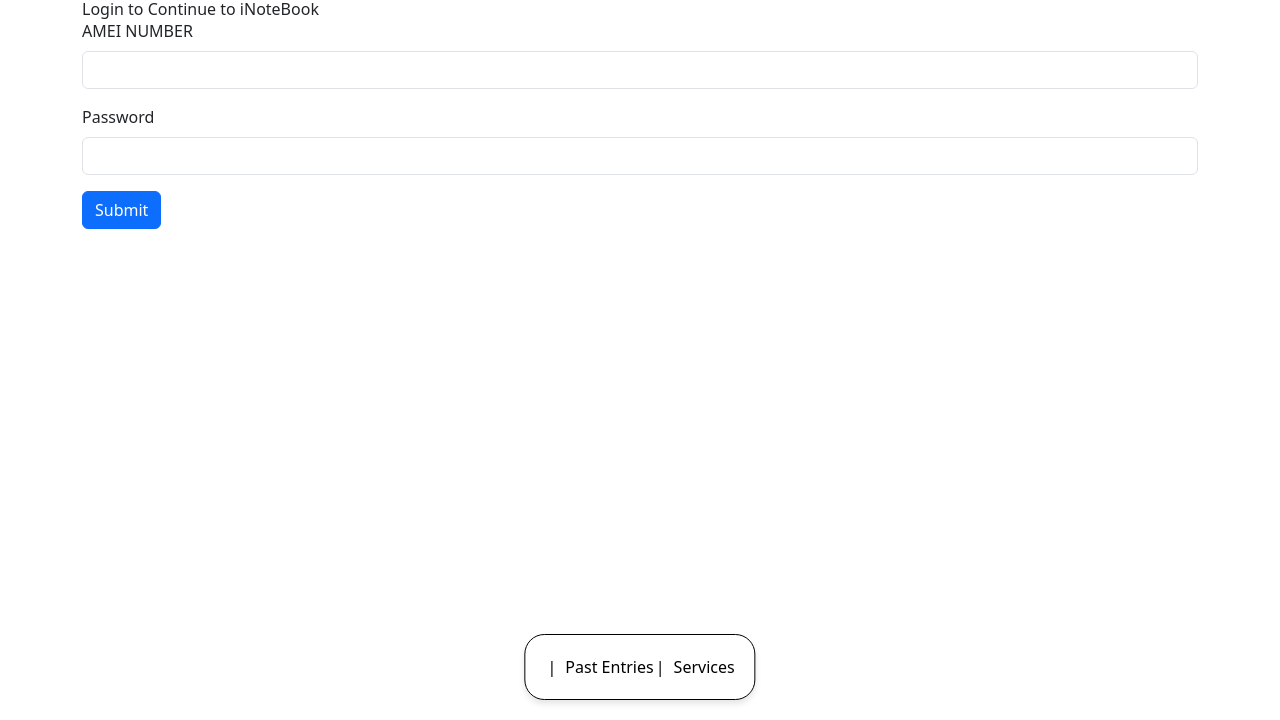
Repository: shash0708/GMR-Lines
Page: /login (app in frontend/)
An editor plug-in stored every save of this project. The page is shown before and after a run of saves, followed by the edit.
The browser window is 1280 px wide. The pictures show the whole page.
The page's requests for data from a server got no answer. The project was rebuilt for these pictures with package versions that can differ from the ones it lists, and the page was loaded fresh each time. No one was signed in, and anything a server would have sent is missing. Also part of the build but not shown: frontend/src/components/Buttons/Buttons.component.jsx, frontend/src/components/Home/Home.component.jsx, frontend/src/components/Form/Form.css, frontend/src/components/speedDail/SpeedDail.component.jsx, frontend/src/components/Form/Form.component.jsx, frontend/src/components/Card/Card.jsx, frontend/src/components/Card/Card.css, frontend/src/components/Card/Card.component.jsx and 4 more.

Above is the page before, as saved 2024-09-08 23:28:50.

### frontend/public/index.html
<!DOCTYPE html>
<html lang="en">
  <head>
    <meta charset="utf-8" />
    <link rel="icon" href="%PUBLIC_URL%/favicon.ico" />
    <meta name="viewport" content="width=device-width, initial-scale=1" />
    <meta name="theme-color" content="#000000" />
    <meta name="description" content="Web site created using create-react-app" />
    <link rel="apple-touch-icon" href="%PUBLIC_URL%/logo192.png" />
    <!--
      manifest.json provides metadata used when your web app is installed on a
      user's mobile device or desktop. See https://developers.google.com/web/fundamentals/web-app-manifest/
    -->
    <link rel="manifest" href="%PUBLIC_URL%/manifest.json" />
    <!--
      Notice the use of %PUBLIC_URL% in the tags above.
      It will be replaced with the URL of the `public` folder during the build.
      Only files inside the `public` folder can be referenced from the HTML.

      Unlike "/favicon.ico" or "favicon.ico", "%PUBLIC_URL%/favicon.ico" will
      work correctly both with client-side routing and a non-root public URL.
      Learn how to configure a non-root public URL by running `npm run build`.
    -->
    <link href="https://cdn.jsdelivr.net/npm/bootstrap@5.3.3/dist/css/bootstrap.min.css" rel="stylesheet" integrity="sha384-QWTKZyjpPEjISv5WaRU9OFeRpok6YctnYmDr5pNlyT2bRjXh0JMhjY6hW+ALEwIH" crossorigin="anonymous">

    <title>Log Book</title>
  </head>
  <script src="https://cdn.jsdelivr.net/npm/bootstrap@5.3.3/dist/js/bootstrap.bundle.min.js" integrity="sha384-YvpcrYf0tY3lHB60NNkmXc5s9fDVZLESaAA55NDzOxhy9GkcIdslK1eN7N6jIeHz" crossorigin="anonymous"></script>
  <script src="https://cdn.jsdelivr.net/npm/@popperjs/core@2.11.8/dist/umd/popper.min.js" integrity="sha384-I7E8VVD/ismYTF4hNIPjVp/Zjvgyol6VFvRkX/vR+Vc4jQkC+hVqc2pM8ODewa9r" crossorigin="anonymous"></script>
  <script src="https://cdn.jsdelivr.net/npm/bootstrap@5.3.3/dist/js/bootstrap.min.js" integrity="sha384-0pUGZvbkm6XF6gxjEnlmuGrJXVbNuzT9qBBavbLwCsOGabYfZo0T0to5eqruptLy" crossorigin="anonymous"></script>
  <body>
    <noscript>You need to enable JavaScript to run this app.</noscript>
    <div id="root"></div>
    <!--
      This HTML file is a template.
      If you open it directly in the browser, you will see an empty page.

      You can add webfonts, meta tags, or analytics to this file.
      The build step will place the bundled scripts into the <body> tag.

      To begin the development, run `npm start` or `yarn start`.
      To create a production bundle, use `npm run build` or `yarn build`.
    -->
  </body>
</html>

### frontend/src/App.js
import './App.css';
import { BrowserRouter as Router, Route, Routes } from 'react-router-dom';

import 'primereact/resources/themes/saga-blue/theme.css';
import 'primereact/resources/primereact.min.css';
import { PrimeReactProvider } from 'primereact/api';
import Home from '../src/components/Home/Home.component'
import Form from './components/Form/Form.component';
import Cards from './components/Card/Card.component';
import Data from './components/Data/Data.component';
import Navbar from './components/Header/Header.component'
import Login from './components/Login/Login.component';
import Signup from './components/SignUp/Signup.component';
import PdfComponent from './components/Pdf/PdfComponent';
import { LogsProvider } from './context/LogContext';
function App() {
  return (
    <LogsProvider>
    <PrimeReactProvider>
<Router>
<Navbar />

      <Routes>
      {/* <Navbar/> */}

        <Route path="/" element={<Home />} />
        <Route path='/login' element={<Login/>}/>
        <Route path='/signup' element={<Signup/>}/>
        <Route path="/form" element={<Form />} />
        <Route path="/past-records" element={<Cards />} />
        <Route path="/data/:id" element={<Data />} />
        <Route path="/pdf" element={<PdfComponent/>}/>
      </Routes>
    </Router>
</PrimeReactProvider>
</LogsProvider>
  );
}

export default App;

### frontend/src/serviceWorkerRegistration.js
// This optional code is used to register a service worker.
// register() is not called by default.

// This lets the app load faster on subsequent visits in production, and gives
// it offline capabilities. However, it also means that developers (and users)
// will only see deployed updates on subsequent visits to a page, after all the
// existing tabs open on the page have been closed, since previously cached
// resources are updated in the background.

// To learn more about the benefits of this model and instructions on how to
// opt-in, read https://cra.link/PWA

const isLocalhost = Boolean(
  window.location.hostname === 'localhost' ||
    // [::1] is the IPv6 localhost address.
    window.location.hostname === '[::1]' ||
    // 127.0.0.0/8 are considered localhost for IPv4.
    window.location.hostname.match(/^127(?:\.(?:25[0-5]|2[0-4][0-9]|[01]?[0-9][0-9]?)){3}$/)
);

export function register(config) {
  if (process.env.NODE_ENV === 'production' && 'serviceWorker' in navigator) {
    // The URL constructor is available in all browsers that support SW.
    const publicUrl = new URL(process.env.PUBLIC_URL, window.location.href);
    if (publicUrl.origin !== window.location.origin) {
      // Our service worker won't work if PUBLIC_URL is on a different origin
      // from what our page is served on. This might happen if a CDN is used to
      // serve assets; see https://github.com/facebook/create-react-app/issues/2374
      return;
    }

    window.addEventListener('load', () => {
      const swUrl = `${process.env.PUBLIC_URL}/service-worker.js`;

      if (isLocalhost) {
        // This is running on localhost. Let's check if a service worker still exists or not.
        checkValidServiceWorker(swUrl, config);

        // Add some additional logging to localhost, pointing developers to the
        // service worker/PWA documentation.
        navigator.serviceWorker.ready.then(() => {
          console.log(
            'This web app is being served cache-first by a service ' +
              'worker. To learn more, visit https://cra.link/PWA'
          );
        });
      } else {
        // Is not localhost. Just register service worker
        registerValidSW(swUrl, config);
      }
    });
  }
}

function registerValidSW(swUrl, config) {
  navigator.serviceWorker
    .register(swUrl)
    .then((registration) => {
      registration.onupdatefound = () => {
        const installingWorker = registration.installing;
        if (installingWorker == null) {
          return;
        }
        installingWorker.onstatechange = () => {
          if (installingWorker.state === 'installed') {
            if (navigator.serviceWorker.controller) {
              // At this point, the updated precached content has been fetched,
              // but the previous service worker will still serve the older
              // content until all client tabs are closed.
              console.log(
                'New content is available and will be used when all ' +
                  'tabs for this page are closed. See https://cra.link/PWA.'
              );

              // Execute callback
              if (config && config.onUpdate) {
                config.onUpdate(registration);
              }
            } else {
              // At this point, everything has been precached.
              // It's the perfect time to display a
              // "Content is cached for offline use." message.
              console.log('Content is cached for offline use.');

              // Execute callback
              if (config && config.onSuccess) {
                config.onSuccess(registration);
              }
            }
          }
        };
      };
    })
    .catch((error) => {
      console.error('Error during service worker registration:', error);
    });
}

function checkValidServiceWorker(swUrl, config) {
  // Check if the service worker can be found. If it can't reload the page.
  fetch(swUrl, {
    headers: { 'Service-Worker': 'script' },
  })
    .then((response) => {
      // Ensure service worker exists, and that we really are getting a JS file.
      const contentType = response.headers.get('content-type');
      if (
        response.status === 404 ||
        (contentType != null && contentType.indexOf('javascript') === -1)
      ) {
        // No service worker found. Probably a different app. Reload the page.
        navigator.serviceWorker.ready.then((registration) => {
          registration.unregister().then(() => {
            window.location.reload();
          });
        });
      } else {
        // Service worker found. Proceed as normal.
        registerValidSW(swUrl, config);
      }
    })
    .catch(() => {
      console.log('No internet connection found. App is running in offline mode.');
    });
}

export function unregister() {
  if ('serviceWorker' in navigator) {
    navigator.serviceWorker.ready
      .then((registration) => {
        registration.unregister();
      })
      .catch((error) => {
        console.error(error.message);
      });
  }
}

### frontend/src/components/Header/Header.component.jsx
import React, { useEffect, useState, useRef } from 'react';
import './Navbar.css';

const Navbar = () => {
  const [showNavbar, setShowNavbar] = useState(true);
  const [lastScrollTop, setLastScrollTop] = useState(0);
  const [scrollTimeout, setScrollTimeout] = useState(null);

  const handleScroll = () => {
    const currentScrollTop = window.pageYOffset || document.documentElement.scrollTop;

    // Clear the previous timeout if it exists
    if (scrollTimeout) {
      clearTimeout(scrollTimeout);
    }

    // Set a timeout to update the Navbar visibility after scrolling stops
    const newScrollTimeout = setTimeout(() => {
      if (currentScrollTop > lastScrollTop) {
        // Scrolling down
        setShowNavbar(false);
      } else if (currentScrollTop < lastScrollTop) {
        // Scrolling up
        setShowNavbar(true);
      }

      setLastScrollTop(currentScrollTop <= 0 ? 0 : currentScrollTop);
    }, 100); // Delay in milliseconds to wait before hiding/showing Navbar

    setScrollTimeout(newScrollTimeout);
  };

  useEffect(() => {
    window.addEventListener('scroll', handleScroll);
    return () => {
      window.removeEventListener('scroll', handleScroll);
      if (scrollTimeout) {
        clearTimeout(scrollTimeout);
      }
    };
  }, [scrollTimeout, lastScrollTop]);

  return (
    <div className={`navbar ${showNavbar ? 'show' : 'hide'}`}>
      <div className="navbar-items">
        <a href="#home"><i class="bi bi-houses"></i></a>
        <a href="#about">Past Entries</a>
        <a href="#services">Services</a>
        {/* <a href="#contact">Contact</a> */}
      </div>
    </div>
  );
};

export default Navbar;

### frontend/src/components/Login/Login.component.jsx
import React, { useState } from 'react';
import { useNavigate } from 'react-router-dom';
import useDocumentTitle from '../hooks/useDocumentTitle';
import URL from '../config'
const Login = (props) => {
  useDocumentTitle('Login'); // Set the document title for this page

  const [credentials, setCredentials] = useState({ AME: "", password: "" });
  let navigate = useNavigate();

  const handleSubmit = async (e) => {
    e.preventDefault();

    try {
      const response = await fetch(`${URL}/api/login`, {
        method: 'POST',
        headers: {
          'Content-Type': 'application/json'
        },
        body: JSON.stringify({ AME: credentials.AME, password: credentials.password })
      });

      const json = await response.json();
      console.log(json);

      if (json.success) {
        // Save the auth token and redirect
        localStorage.setItem('token', json.authtoken);
        alert("Logged in Successfully");
        navigate('/');
      } else {
        alert("Invalid Credentials");
      }
    } catch (error) {
      console.error("There was an error with the login request:", error);
      alert("An error occurred. Please try again later.");
    }
  }

  const onChange = (e) => {
    setCredentials({ ...credentials, [e.target.name]: e.target.value });
  }

  return (
    <div className='container'>
      <h1>Login to Continue to iNoteBook</h1>
      <form onSubmit={handleSubmit}>
        <div className="mb-3">
          <label htmlFor="AME" className="form-label">AMEI NUMBER</label>
          <input
            type="text"
            className="form-control"
            name="AME"
            id="AME"
            value={credentials.AME}
            onChange={onChange}
            required
          />
        </div>
        <div className="mb-3">
          <label htmlFor="password" className="form-label">Password</label>
          <input
            type="password"
            className="form-control"
            name="password"
            id="password"
            value={credentials.password}
            onChange={onChange}
            required
          />
        </div>
        <button type="submit" className="btn btn-primary">Submit</button>
      </form>
    </div>
  );
}

export default Login;

### frontend/src/context/LogContext.js
// LogsContext.js
import React, { createContext, useState, useEffect } from 'react';
import axios from 'axios';
import URL from '../components/config';
const LogsContext = createContext();

export const LogsProvider = ({ children }) => {
  const [logs, setLogs] = useState([]);
  const [filteredLogs, setFilteredLogs] = useState([]);
  const [searchTerm, setSearchTerm] = useState('');
  const [selectedLogs, setSelectedLogs] = useState([]);

  useEffect(() => {
    const fetchLogs = async () => {
      try {
        const response = await axios.get(`${URL}/getlogs/entries`, {
          headers: {
            'auth-token': localStorage.getItem('token'),
          },
        });

        setLogs(response.data);
        setFilteredLogs(response.data);
      } catch (error) {
        console.error('Error fetching logs:', error);
      }
    };
    fetchLogs();
  }, []);

  useEffect(() => {
    const handleSearch = () => {
      const lowerCaseSearchTerm = searchTerm.toLowerCase();
      const filtered = logs.filter((log) => {
        const logId = String(log.Toa);
        return logId.toLowerCase().includes(lowerCaseSearchTerm);
      });
      setFilteredLogs(filtered);
    };

    handleSearch();
  }, [searchTerm, logs]);

  const handleSelect = (log) => {
    setSelectedLogs((prev) => {
      const isSelected = prev.includes(log);
      if (isSelected) {
        return prev.filter((selectedLog) => selectedLog !== log);
      }

      if (prev.length >= 7) {
        return prev;
      }

      return [...prev, log];
    });
  };

  return (
    <LogsContext.Provider
      value={{
        logs,
        filteredLogs,
        searchTerm,
        setSearchTerm,
        selectedLogs,
        handleSelect,
        setFilteredLogs,
      }}
    >
      {children}
    </LogsContext.Provider>
  );
};

export default LogsContext;

### frontend/src/components/hooks/useDocumentTitle.js
// src/hooks/useDocumentTitle.js
import { useEffect } from 'react';

const useDocumentTitle = (title) => {
  useEffect(() => {
    document.title = title;
  }, [title]);
};

export default useDocumentTitle;

### frontend/src/components/config.js
// src/config.js
const URL = "http://localhost:5000";

export default URL;

// `${URL}

### frontend/src/components/Header/Navbar.css
/* Navbar.css */
.navbar {
    display: flex;
    border-radius: 20px;
    align-items: center;
    border: 1px solid black;
    justify-content: center;
    position: fixed;
    bottom: 20px; /* Adjust as needed */
    left: 50%;
    transform: translateX(-50%);
    background-color: #ffffff;
    color: rgb(0, 0, 0);
    padding: 10px;
    width: auto; /* Adjust width based on content */
    box-shadow: 0 4px 6px rgba(0, 0, 0, 0.1); /* Optional */
    z-index: 1000; /* Optional */
    transition: width 0.3s ease, opacity 0.3s ease, transform 0.3s ease; /* Smooth transitions */
    opacity: 0; /* Hidden by default */
}

.navbar.show {
    opacity: 1; /* Show Navbar */
}

.navbar.hide {
    opacity: 0; /* Hide Navbar */
    pointer-events: none; /* Prevent interaction when hidden */
}

.navbar:hover {
    width: 300px; /* Adjust width on hover */
    transform: translateX(-50%) scale(1.05); /* Center Navbar and slightly zoom out */
}

.navbar-items {
    display: flex;
}

.navbar-items a {
    color: rgb(0, 0, 0);
    text-decoration: none;
    padding: 10px;
    position: relative; /* Needed for pseudo-element positioning */
    transition: transform 0.1s ease; /* Smooth zoom effect for icons */
}

.navbar-items a:not(:last-child)::after {
    content: "|"; /* Separator character */
    position: absolute;
    right: -1px; /* Adjust position */
    top: 50%;
    transform: translateY(-50%);
    color: rgb(0, 0, 0); /* Separator color */
}

.navbar-items a:hover {
    border-radius: 20px;
    transform: scale(1.1); /* Zoom in on hover */
}

@media (max-width: 768px) {
    .navbar {
        flex-direction: column;
        bottom: 10px;
        width: auto; /* Adjust width for smaller screens */
    }

    .navbar-content {
        margin-bottom: 5px;
    }
}

### frontend/tailwind.config.js
/** @type {import('tailwindcss').Config} */
module.exports = {
  content: [
    "./src/**/*.{js,ts,jsx,tsx}",  // Adjust the paths as needed
    "./public/**/*.html",           // Include HTML files if used
  ],
  theme: {
    extend: {
      // Custom theme extensions go here
      colors: {
        primary: '#ff6347',  // Example custom color
      },
      fontFamily: {
        sans: ['Helvetica', 'Arial', 'sans-serif'],
      },
    },
  },
  plugins: [
    // Add any Tailwind CSS plugins here
  ],
};


module.exports ={
  "compilerOptions": {
    "baseUrl": ".",
    "paths": {
      "@/*": ["src/*"]
    }
  }
}

Loaded but not shown: frontend/src/index.js (common file); frontend/src/index.css (common file); frontend/src/reportWebVitals.js (common file); frontend/src/App.css (common file); frontend/src/components/Data/Data.css (no stored copy; drawn as an empty file)

After the next 2 saves:
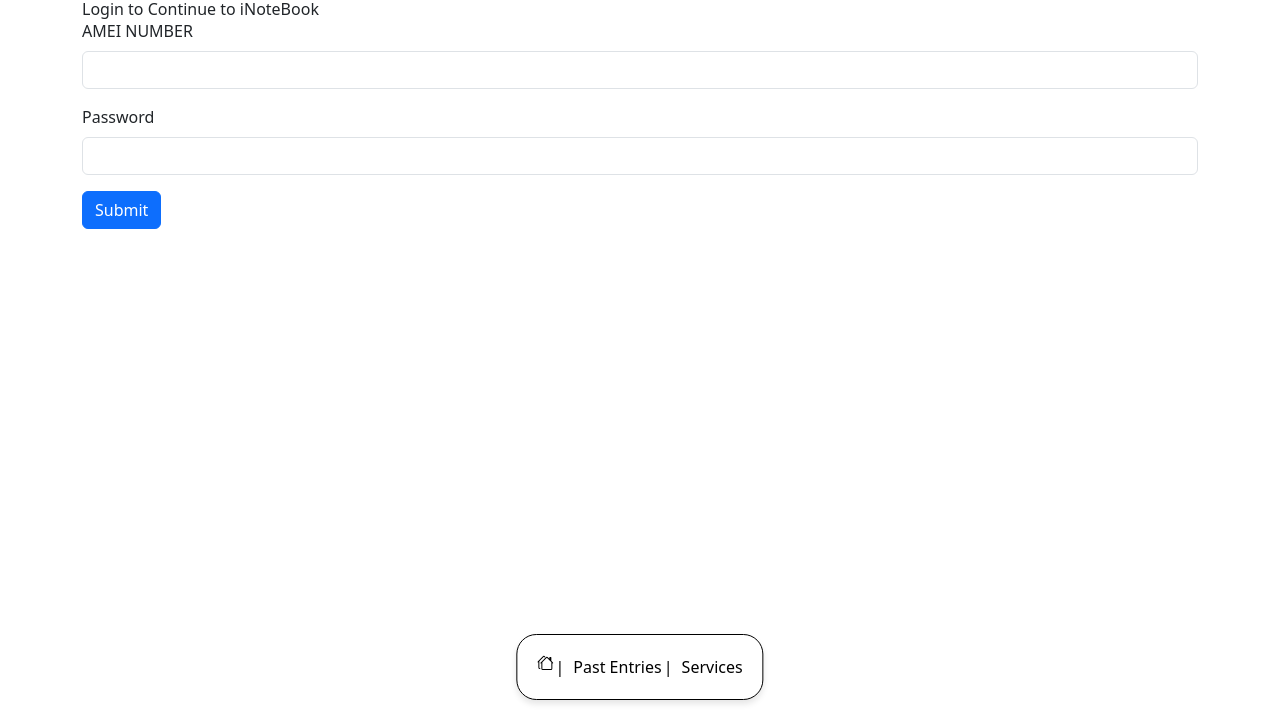
The 2 saves are shown as one change because they came seconds apart.
The last was saved 18 s later.
--- a/frontend/src/components/Header/Header.component.jsx
+++ b/frontend/src/components/Header/Header.component.jsx
@@ -43,7 +43,9 @@
   return (
     <div className={`navbar ${showNavbar ? 'show' : 'hide'}`}>
       <div className="navbar-items">
-        <a href="#home"><i class="bi bi-houses"></i></a>
+        <a href="#home"><svg xmlns="http://www.w3.org/2000/svg" width="16" height="16" fill="currentColor" class="bi bi-houses" viewBox="0 0 16 16">
+  <path d="M5.793 1a1 1 0 0 1 1.414 0l.647.646a.5.5 0 1 1-.708.708L6.5 1.707 2 6.207V12.5a.5.5 0 0 0 .5.5.5.5 0 0 1 0 1A1.5 1.5 0 0 1 1 12.5V7.207l-.146.147a.5.5 0 0 1-.708-.708zm3 1a1 1 0 0 1 1.414 0L12 3.793V2.5a.5.5 0 0 1 .5-.5h1a.5.5 0 0 1 .5.5v3.293l1.854 1.853a.5.5 0 0 1-.708.708L15 8.207V13.5a1.5 1.5 0 0 1-1.5 1.5h-8A1.5 1.5 0 0 1 4 13.5V8.207l-.146.147a.5.5 0 1 1-.708-.708zm.707.707L5 7.207V13.5a.5.5 0 0 0 .5.5h8a.5.5 0 0 0 .5-.5V7.207z"/>
+</svg></a>
         <a href="#about">Past Entries</a>
         <a href="#services">Services</a>
         {/* <a href="#contact">Contact</a> */}
